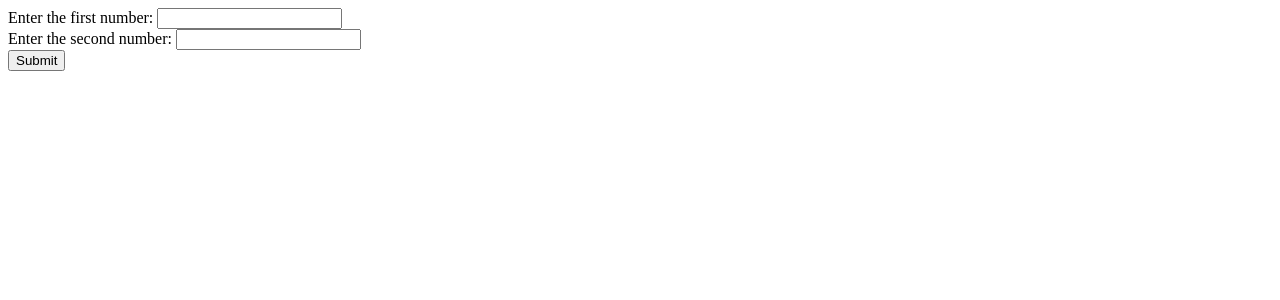
Repository: GarvKumar/ADVANCEDJAVATRAINING
Page: jsp1/src/main/webapp/index.html
These files come from the project's save history. The page is drawn as it stood at one moment and after the next save; the edit follows.
The browser window is 1280 px wide. The pictures show the whole page.

Above is the page before, as saved 2023-01-27 05:47:09.

After the next save:
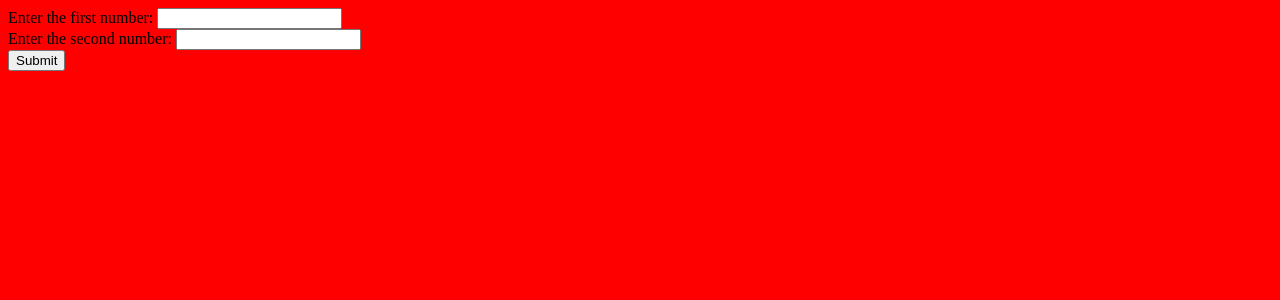
Saved 2 min 14 s later.
--- a/jsp1/src/main/webapp/index.html
+++ b/jsp1/src/main/webapp/index.html
@@ -4,7 +4,7 @@
 <meta charset="UTF-8">
 <title>Insert title here</title>
 </head>
-<body background-color="red">
+<body style="background-color:red;">
 
 	<form action="Add.jsp" method="get">
 
@@ -14,8 +14,7 @@
 		Enter the second number:
 		<input type="text" name="num2"><br>
 		<input type="Submit">
-
-	</form>
+		</form>
 
 </body>
 </html>
